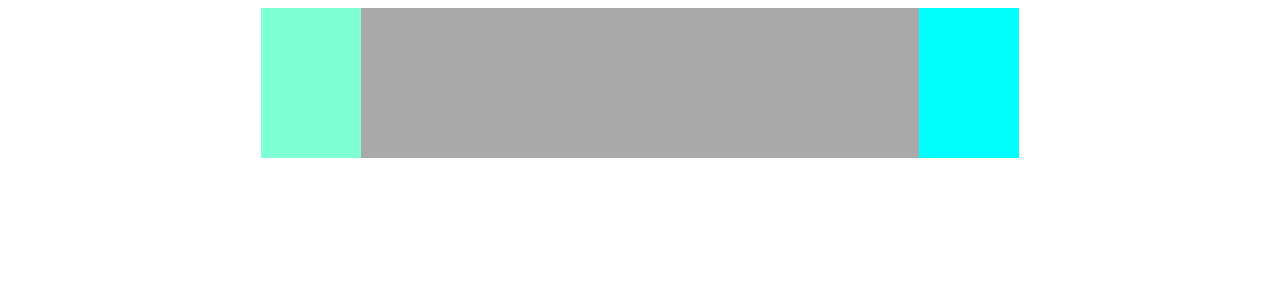
Repository: liutian97/learn1
Page: 移动端web开发/代码/2. Flex 伸缩布局/09-flex子项flex份数.html
The author's editor kept a copy of each file at every save. The page is drawn from the files as they stood at one save, then again after the next save.
The browser window is 1280 px wide. The pictures show the whole page.

Above is the page before, as saved 2022-07-02 17:52:33.

### 移动端web开发/代码/2. Flex 伸缩布局/09-flex子项flex份数.html
<!DOCTYPE html>
<html lang="en">

<head>
  <meta charset="UTF-8">
  <meta http-equiv="X-UA-Compatible" content="IE=edge">
  <meta name="viewport" content="width=device-width, initial-scale=1.0">
  <title>Document</title>
  <style>
    section {
      display: flex;
      width: 60%;
      height: 150px;
      background-color: darkgrey;
      margin: 0 auto;
    }

    section div:nth-child(1) {
      width: 100px;
      height: 150px;
      background-color: aquamarine;
    }

    section div:nth-child(2) {
      flex: 1;
      background-color: ;
    }

    section div:nth-child(3) {
      width: 100px;
      height: 150px;
      background-color: aqua;
    }
  </style>
</head>

<body>
  <section>
    <div></div>
    <div></div>
    <div></div>
  </section>
</body>

</html>


<!-- <!DOCTYPE html>
<html lang="en">

<head>
    <meta charset="UTF-8">
    <meta name="viewport" content="width=device-width, initial-scale=1.0">
    <meta http-equiv="X-UA-Compatible" content="ie=edge">
    <title>Document</title>
    <style>
        section {
            display: flex;
            width: 60%;
            height: 150px;
            background-color: pink;
            margin: 0 auto;
        }

        section div:nth-child(1) {
            width: 100px;
            height: 150px;
            background-color: red;
        }

        section div:nth-child(2) {
            flex: 1;
            background-color: green;
        }

        section div:nth-child(3) {
            width: 100px;
            height: 150px;
            background-color: blue;
        }

        p {
            display: flex;
            width: 60%;
            height: 150px;
            background-color: pink;
            margin: 100px auto;
        }

        p span {
            flex: 1;
        }

        p span:nth-child(2) {
            flex: 2;
            background-color: purple;
        }
    </style>
</head>

<body>
    <section>
        <div></div>
        <div></div>
        <div></div>
    </section>
    <p>
        <span>1</span>
        <span>2</span>
        <span>3</span>
    </p>
</body>

</html> -->

After the next save:
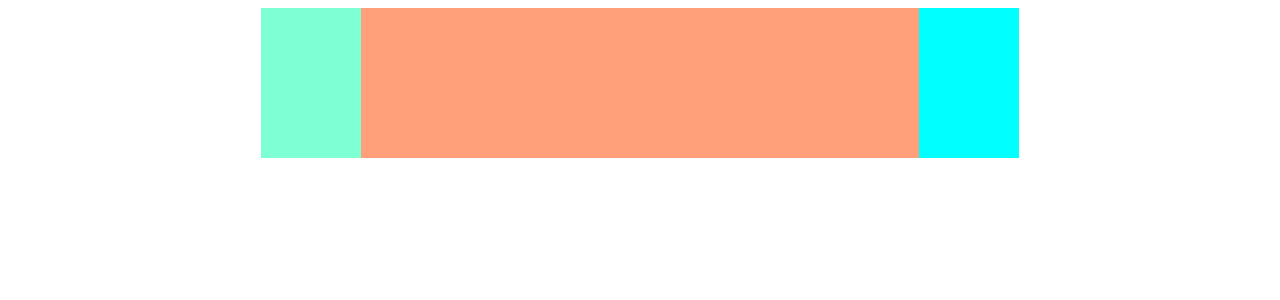
Saved 9 s later.
--- a/移动端web开发/代码/2. Flex 伸缩布局/09-flex子项flex份数.html
+++ b/移动端web开发/代码/2. Flex 伸缩布局/09-flex子项flex份数.html
@@ -23,7 +23,7 @@
 
     section div:nth-child(2) {
       flex: 1;
-      background-color: ;
+      background-color: lightsalmon;
     }
 
     section div:nth-child(3) {
